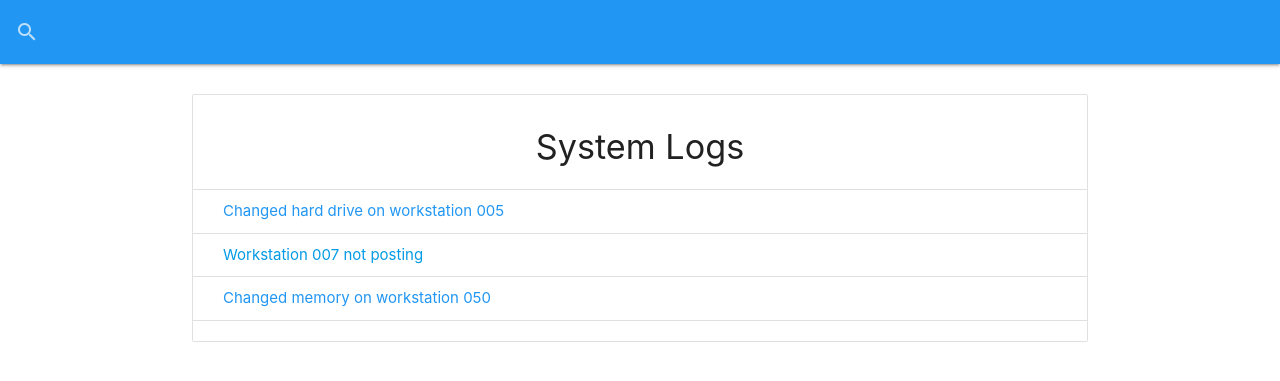
Repository: Takudzwa413/it-logger
Page: /
The author's editor kept a copy of each file at every save. The page is drawn from the files as they stood at one save, then again after the next save.
The browser window is 1280 px wide. The pictures show the whole page.
The project was rebuilt for these pictures with package versions that can differ from the ones it lists, and the page was loaded fresh each time. Requests to the local data server were answered from the project's data file.

Above is the page before, as saved 2020-06-24 03:26:45.

### public/index.html
<!DOCTYPE html>
<html lang="en">
  <head>
    <meta charset="utf-8" />
    <link rel="icon" href="%PUBLIC_URL%/favicon.ico" />
    <meta name="viewport" content="width=device-width, initial-scale=1" />
    <meta name="theme-color" content="#000000" />
    <meta
      name="description"
      content="Web site created using create-react-app"
      />
    <link rel="apple-touch-icon" href="%PUBLIC_URL%/logo192.png" />

    <link rel="manifest" href="%PUBLIC_URL%/manifest.json" />
    <link href="https://fonts.googleapis.com/icon?family=Material+Icons"
      rel="stylesheet">

    <title>IT-LOGGER</title>
  </head>
  <body>
    <noscript>You need to enable JavaScript to run this app.</noscript>
    <div id="root"></div>

  </body>
</html>

### src/App.js
import React, { useEffect, Fragment } from "react";
import SearchBar from "./components/layout/SearchBar";
import Logs from "./components/logs/Logs";

import "materialize-css/dist/css/materialize.min.css";
import M from "materialize-css/dist/js/materialize.min.js";
import "./App.css";

const App = () => {
  useEffect(() => {
    //INIT Materialize
    M.AutoInit();
  });
  return (
    <Fragment>
      <SearchBar />
      <div className='container'>
        <Logs />
      </div>
    </Fragment>
  );
};
export default App;

### src/components/layout/SearchBar.js
import React from "react";

function SearchBar() {
  return (
    <nav style={{ marginBottom: "30px" }} className='blue'>
      <div className='nav-wrapper'>
        <form>
          <div className='input-field'>
            <input id='search' type='search' />
            <label className='label-icon' for='search'>
              <i className='material-icons'>search</i>
            </label>
            <i className='material-icons'>close</i>
          </div>
        </form>
      </div>
    </nav>
  );
}

export default SearchBar;

### src/components/logs/Logs.js
import React, { useEffect, useState } from "react";
import LogItem from "./LogItem";

function Logs() {
  const [logs, setLogs] = useState([]);
  const [loading, setLoading] = useState(false);

  useEffect(() => {
    getLogs();
  }, []);

  const getLogs = async () => {
    setLoading(true);
    const res = await fetch("/logs");
    const data = await res.json();

    setLogs(data);
    setLoading(false);
  };

  if (loading) {
    return <h4>Loading...</h4>;
  }

  return (
    <ul className='collection with-header'>
      <li className='collection-header'>
        <h4 className='center'>System Logs</h4>
      </li>
      {!loading && logs.length === 0 ? (
        <p className='center'>No Logs to show...</p>
      ) : (
        logs.map((log) => <LogItem log={log} key={log.id} />)
      )}
    </ul>
  );
}

export default Logs;

### src/components/logs/LogItem.js
import React from "react";
import PropTypes from "prop-types";

const LogItem = ({ log }) => {
  return (
    <li className='collection-item'>
      <div>
        <a
          href='#edit-log-modal'
          className={`modal-trigger ${
            log.attention ? "red-rext" : "blue-text"
          }`}
        >
          {log.message}
        </a>
      </div>
    </li>
  );
};

LogItem.propTypes = {
  log: PropTypes.object.isRequired,
};

export default LogItem;

### db.json
{
  "logs": [
    {
      "id": 1,
      "message": "Changed hard drive on workstation 005",
      "attention": false,
      "date": "03-02-2019",
      "tech": "Sam Smith"
    },
    {
      "id": 2,
      "message": "Workstation 007 not posting",
      "attention": true,
      "date": "03-02-2019",
      "tech": "John Doe"
    },
    {
      "id": 3,
      "message": "Changed memory on workstation 050",
      "attention": false,
      "date": "03-02-2019",
      "tech": "Sara Wilson"
    },
    {
      "id": 4
    }
  ],
  "techs": [
    {
      "id": 1,
      "firstName": "John",
      "lastName": "Doe"
    },
    {
      "id": 2,
      "firstName": "Sam",
      "lastName": "Smith"
    },
    {
      "id": 3,
      "firstname": "Sara",
      "lastName": "Wilson"
    }
  ]
}

Loaded but not shown: src/index.js (common file); src/App.css (no stored copy; drawn as an empty file)

After the next save:
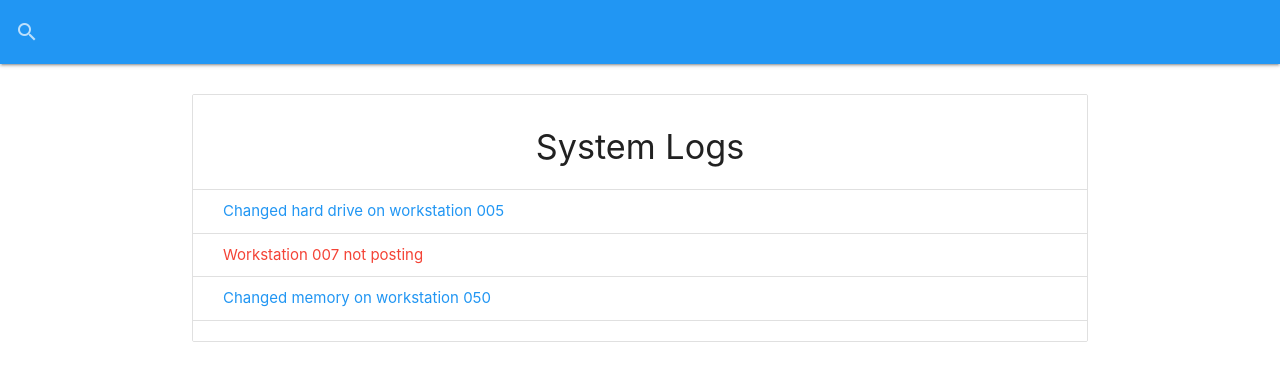
Saved 113 s later.
--- a/src/components/logs/LogItem.js
+++ b/src/components/logs/LogItem.js
@@ -8,7 +8,7 @@ const LogItem = ({ log }) => {
         <a
           href='#edit-log-modal'
           className={`modal-trigger ${
-            log.attention ? "red-rext" : "blue-text"
+            log.attention ? "red-text" : "blue-text"
           }`}
         >
           {log.message}
